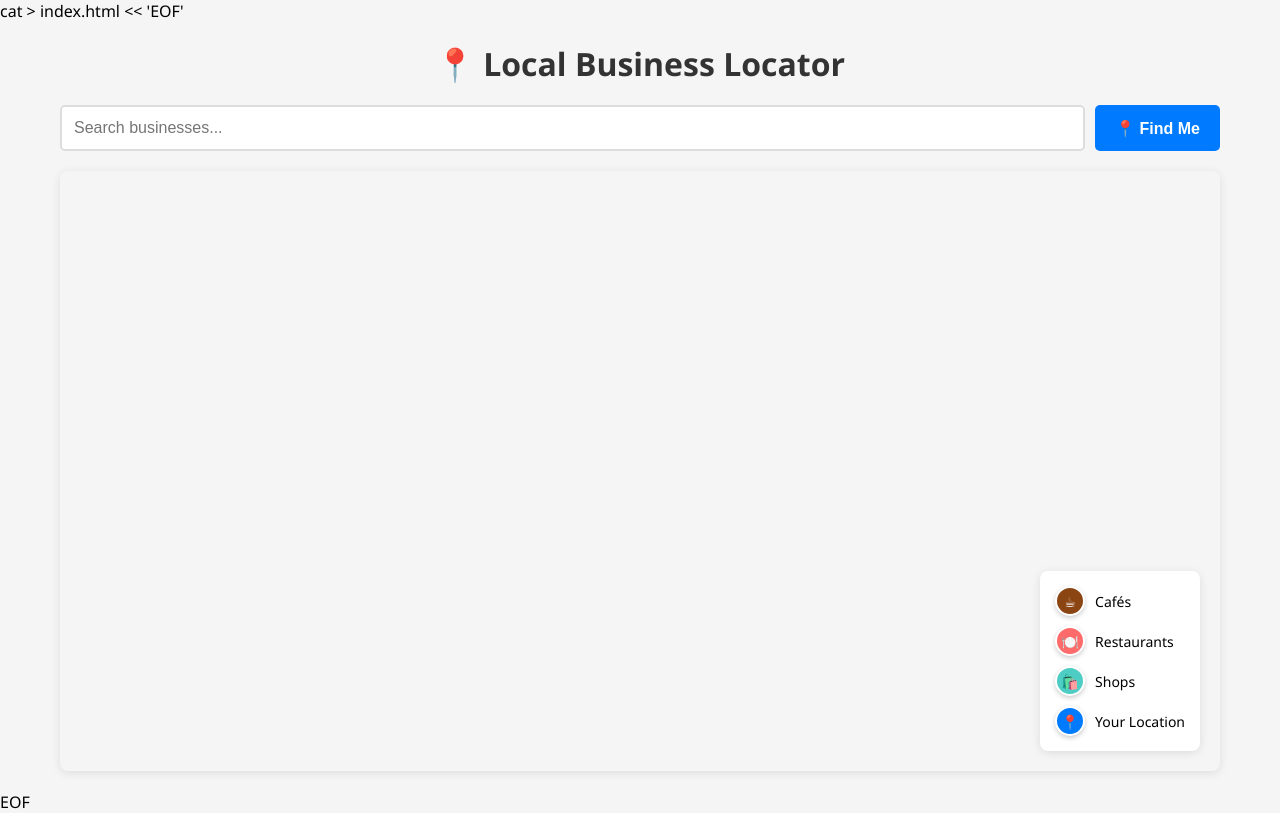
Repository: berkebzt/business-locator-pro
Page: index.html
The author's editor kept a copy of each file at every save. The page is drawn from the files as they stood at one save, then again after the next save.
The browser window is 1280 px wide. The pictures show the whole page.

Above is the page before, as saved 2025-10-19 20:23:54.
Console error: ReferenceError: cat is not defined

### index.html
cat > index.html << 'EOF'
<!DOCTYPE html>
<html lang="en">
<head>
  <meta charset="UTF-8">
  <meta name="viewport" content="width=device-width, initial-scale=1.0">
  <title>Business Locator</title>
  <link rel="stylesheet" href="https://unpkg.com/leaflet@1.9.4/dist/leaflet.css" />
  <link rel="stylesheet" href="style.css">
</head>
<body>
  <div class="container">
    <h1>📍 Local Business Locator</h1>
    <div class="search-bar">
      <input type="text" id="searchBox" placeholder="Search businesses...">
      <button id="locateBtn">📍 Find Me</button>
    </div>
    <div id="map">
      <div class="legend">
        <div class="legend-item">
          <div class="legend-color" style="background-color: #8B4513;">☕</div>
          <span>Cafés</span>
        </div>
        <div class="legend-item">
          <div class="legend-color" style="background-color: #FF6B6B;">🍽️</div>
          <span>Restaurants</span>
        </div>
        <div class="legend-item">
          <div class="legend-color" style="background-color: #4ECDC4;">🛍️</div>
          <span>Shops</span>
        </div>
        <div class="legend-item">
          <div class="legend-color" style="background-color: #007bff;">📍</div>
          <span>Your Location</span>
        </div>
      </div>
    </div>
  </div>

  <script src="https://unpkg.com/leaflet@1.9.4/dist/leaflet.js"></script>
  <script src="app.js"></script>
</body>
</html>
EOF

### style.css
* {
  margin: 0;
  padding: 0;
  box-sizing: border-box;
}

body {
  font-family: 'Segoe UI', Tahoma, Geneva, Verdana, sans-serif;
  background: #f5f5f5;
}

.container {
  max-width: 1200px;
  margin: 0 auto;
  padding: 20px;
}

h1 {
  text-align: center;
  margin-bottom: 20px;
  color: #333;
}

.search-bar {
  display: flex;
  gap: 10px;
  margin-bottom: 20px;
}

#searchBox {
  flex: 1;
  padding: 12px;
  border: 2px solid #ddd;
  border-radius: 5px;
  font-size: 16px;
}

#searchBox:focus {
  outline: none;
  border-color: #007bff;
}

#locateBtn {
  padding: 12px 20px;
  background-color: #007bff;
  color: white;
  border: none;
  border-radius: 5px;
  cursor: pointer;
  font-size: 16px;
  font-weight: bold;
  transition: background-color 0.3s;
}

#locateBtn:hover {
  background-color: #0056b3;
}

#map {
  height: 600px;
  border-radius: 8px;
  box-shadow: 0 2px 10px rgba(0,0,0,0.1);
  position: relative;
}

/* Legend styles */
.legend {
  background: white;
  padding: 15px;
  border-radius: 8px;
  box-shadow: 0 2px 10px rgba(0,0,0,0.1);
  font-size: 14px;
  position: absolute;
  bottom: 20px;
  right: 20px;
  z-index: 1000;
}

.legend-item {
  display: flex;
  align-items: center;
  margin-bottom: 10px;
}

.legend-item:last-child {
  margin-bottom: 0;
}

.legend-color {
  width: 30px;
  height: 30px;
  border-radius: 50%;
  margin-right: 10px;
  display: flex;
  align-items: center;
  justify-content: center;
  color: white;
  font-size: 14px;
  border: 2px solid white;
  box-shadow: 0 2px 5px rgba(0,0,0,0.2);
}

### app.js
cat > app.js << 'EOF'
// Initialize map
const map = L.map('map').setView([51.505, -0.09], 13);

// Add OpenStreetMap tiles
L.tileLayer('https://{s}.tile.openstreetmap.org/{z}/{x}/{y}.png', {
  attribution: '© OpenStreetMap contributors',
  maxZoom: 19
}).addTo(map);

// Sample business data
const businesses = [
  { name: 'Coffee Shop A', lat: 51.5, lng: -0.09, type: 'café' },
  { name: 'Pizza Place B', lat: 51.51, lng: -0.1, type: 'restaurant' },
  { name: 'Bookstore C', lat: 51.49, lng: -0.08, type: 'shop' },
  { name: 'Thai Restaurant', lat: 51.505, lng: -0.08, type: 'restaurant' },
  { name: 'Bakery D', lat: 51.495, lng: -0.095, type: 'café' }
];

// User location
let userLocation = null;

// Create custom icons for different types
const iconConfig = {
  'café': {
    color: '#8B4513',
    emoji: '☕'
  },
  'restaurant': {
    color: '#FF6B6B',
    emoji: '🍽️'
  },
  'shop': {
    color: '#4ECDC4',
    emoji: '🛍️'
  }
};

// Function to create custom icons
function getIcon(type) {
  const config = iconConfig[type] || { color: '#3388ff', emoji: '📍' };

  return L.divIcon({
    html: `<div style="background-color: ${config.color}; width: 40px; height: 40px; border-radius: 50%; display: flex; align-items: center; justify-content: center; color: white; font-size: 20px; border: 3px solid white; box-shadow: 0 2px 5px rgba(0,0,0,0.3);">${config.emoji}</div>`,
    iconSize: [40, 40],
    className: 'custom-icon'
  });
}

// Function to calculate distance (km)
function calculateDistance(lat1, lng1, lat2, lng2) {
  const R = 6371;
  const dLat = (lat2 - lat1) * Math.PI / 180;
  const dLng = (lng2 - lng1) * Math.PI / 180;
  const a = Math.sin(dLat/2) * Math.sin(dLat/2) +
            Math.cos(lat1 * Math.PI / 180) * Math.cos(lat2 * Math.PI / 180) *
            Math.sin(dLng/2) * Math.sin(dLng/2);
  const c = 2 * Math.atan2(Math.sqrt(a), Math.sqrt(1-a));
  return (R * c).toFixed(2);
}

// Create marker layer group
let markerGroup = L.layerGroup().addTo(map);
let userMarker = null;

// Function to display markers with distance
function displayMarkers(data) {
  markerGroup.clearLayers();

  data.forEach(business => {
    let popupText = `<b>${business.name}</b><br><span style="color: #666;">${business.type}</span>`;

    // Add distance if user location is available
    if (userLocation) {
      const distance = calculateDistance(userLocation.lat, userLocation.lng, business.lat, business.lng);
      popupText += `<br><span style="color: #007bff;"><strong>${distance} km away</strong></span>`;
    }

    const marker = L.marker([business.lat, business.lng], {
      icon: getIcon(business.type)
    })
      .bindPopup(popupText);
    markerGroup.addLayer(marker);
  });
}

// Display all businesses on load
displayMarkers(businesses);

// Get user's location
function getUserLocation() {
  if (navigator.geolocation) {
    navigator.geolocation.getCurrentPosition(
      (position) => {
        const lat = position.coords.latitude;
        const lng = position.coords.longitude;

        userLocation = { lat, lng };

        // Center map on user
        map.setView([lat, lng], 15);

        // Add user marker
        if (userMarker) map.removeLayer(userMarker);
        userMarker = L.circleMarker([lat, lng], {
          radius: 8,
          fillColor: '#007bff',
          color: '#fff',
          weight: 2,
          opacity: 1,
          fillOpacity: 0.8
        })
        .bindPopup('📍 Your Location')
        .addTo(map);

        // Refresh markers to show distances
        displayMarkers(businesses);
      },
      (error) => {
        console.log('Geolocation error:', error.message);
        alert('Unable to get your location. Using default location.');
      }
    );
  } else {
    alert('Geolocation is not supported by your browser.');
  }
}

// Get user location on page load
getUserLocation();

// Search functionality
document.getElementById('searchBox').addEventListener('keyup', (e) => {
  const query = e.target.value.toLowerCase();

  if (query === '') {
    displayMarkers(businesses);
  } else {
    const filtered = businesses.filter(b =>
      b.name.toLowerCase().includes(query) ||
      b.type.toLowerCase().includes(query)
    );
    displayMarkers(filtered);
  }
});
EOF

After the next save:
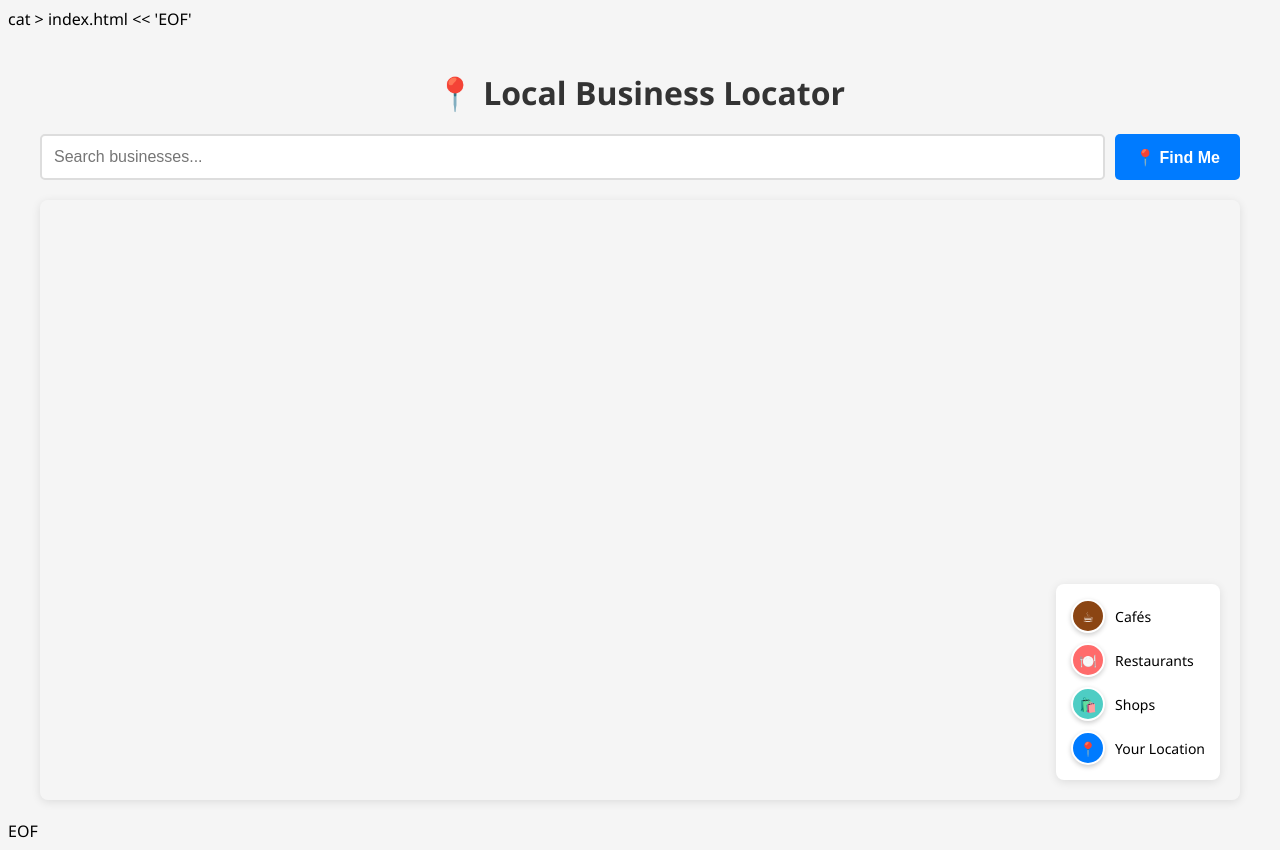
Saved 16 s later.
--- a/style.css
+++ b/style.css
@@ -1,3 +1,4 @@
+cat > style.css << 'EOF'
 * {
   margin: 0;
   padding: 0;
@@ -63,7 +64,6 @@
   position: relative;
 }
 
-/* Legend styles */
 .legend {
   background: white;
   padding: 15px;
@@ -99,3 +99,4 @@
   border: 2px solid white;
   box-shadow: 0 2px 5px rgba(0,0,0,0.2);
 }
+EOF

After the 3 saves that followed:
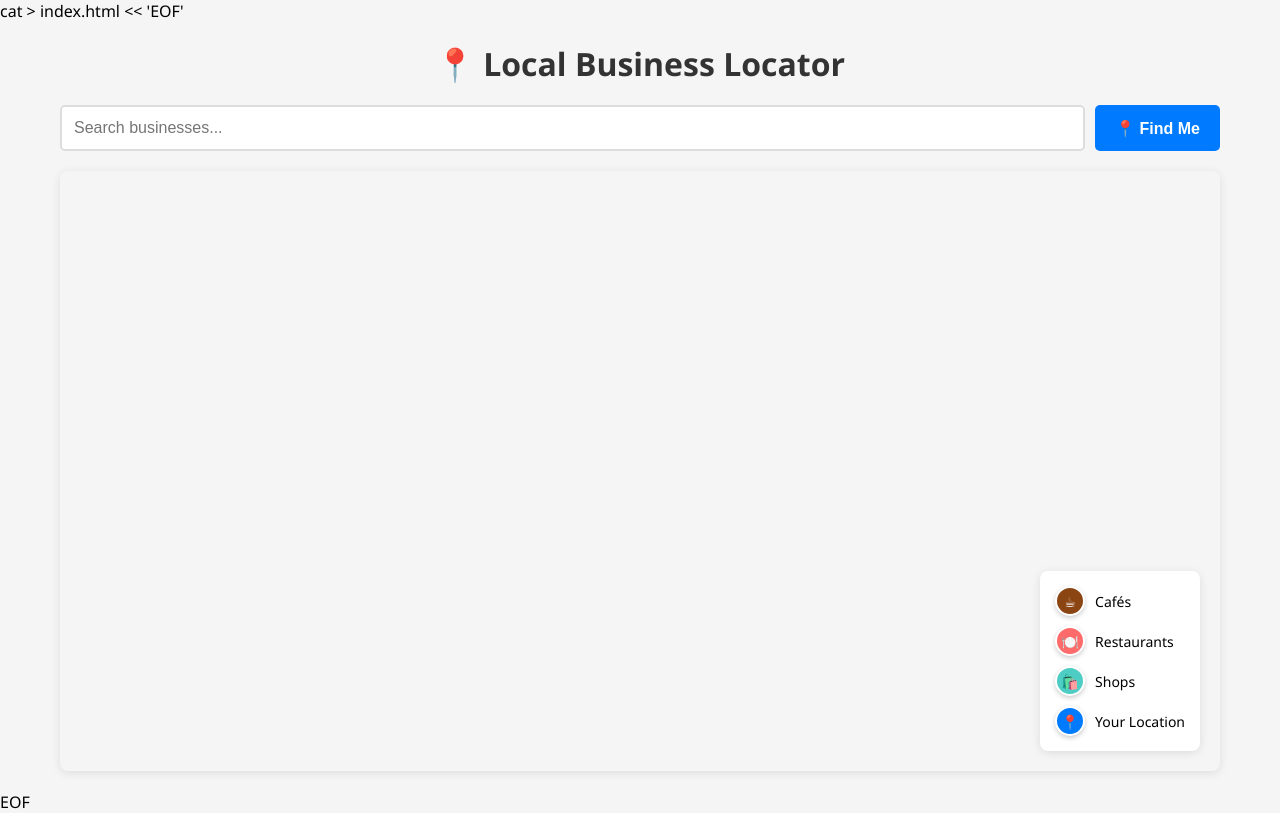
The 3 saves are shown as one change because 1 left the picture as it was and some came seconds apart.
The last was saved 17 s later.
--- a/style.css
+++ b/style.css
@@ -1,4 +1,3 @@
-cat > style.css << 'EOF'
 * {
   margin: 0;
   padding: 0;
@@ -99,4 +98,3 @@
   border: 2px solid white;
   box-shadow: 0 2px 5px rgba(0,0,0,0.2);
 }
-EOF
--- a/app.js
+++ b/app.js
@@ -1,14 +1,11 @@
 cat > app.js << 'EOF'
-// Initialize map
 const map = L.map('map').setView([51.505, -0.09], 13);
 
-// Add OpenStreetMap tiles
 L.tileLayer('https://{s}.tile.openstreetmap.org/{z}/{x}/{y}.png', {
   attribution: '© OpenStreetMap contributors',
   maxZoom: 19
 }).addTo(map);
 
-// Sample business data
 const businesses = [
   { name: 'Coffee Shop A', lat: 51.5, lng: -0.09, type: 'café' },
   { name: 'Pizza Place B', lat: 51.51, lng: -0.1, type: 'restaurant' },
@@ -17,29 +14,16 @@ const businesses = [
   { name: 'Bakery D', lat: 51.495, lng: -0.095, type: 'café' }
 ];
 
-// User location
 let userLocation = null;
 
-// Create custom icons for different types
 const iconConfig = {
-  'café': {
-    color: '#8B4513',
-    emoji: '☕'
-  },
-  'restaurant': {
-    color: '#FF6B6B',
-    emoji: '🍽️'
-  },
-  'shop': {
-    color: '#4ECDC4',
-    emoji: '🛍️'
-  }
+  'café': { color: '#8B4513', emoji: '☕' },
+  'restaurant': { color: '#FF6B6B', emoji: '🍽️' },
+  'shop': { color: '#4ECDC4', emoji: '🛍️' }
 };
 
-// Function to create custom icons
 function getIcon(type) {
   const config = iconConfig[type] || { color: '#3388ff', emoji: '📍' };
-
   return L.divIcon({
     html: `<div style="background-color: ${config.color}; width: 40px; height: 40px; border-radius: 50%; display: flex; align-items: center; justify-content: center; color: white; font-size: 20px; border: 3px solid white; box-shadow: 0 2px 5px rgba(0,0,0,0.3);">${config.emoji}</div>`,
     iconSize: [40, 40],
@@ -47,7 +31,6 @@ function getIcon(type) {
   });
 }
 
-// Function to calculate distance (km)
 function calculateDistance(lat1, lng1, lat2, lng2) {
   const R = 6371;
   const dLat = (lat2 - lat1) * Math.PI / 180;
@@ -59,18 +42,15 @@ function calculateDistance(lat1, lng1, lat2, lng2) {
   return (R * c).toFixed(2);
 }
 
-// Create marker layer group
 let markerGroup = L.layerGroup().addTo(map);
 let userMarker = null;
 
-// Function to display markers with distance
 function displayMarkers(data) {
   markerGroup.clearLayers();
 
   data.forEach(business => {
     let popupText = `<b>${business.name}</b><br><span style="color: #666;">${business.type}</span>`;
 
-    // Add distance if user location is available
     if (userLocation) {
       const distance = calculateDistance(userLocation.lat, userLocation.lng, business.lat, business.lng);
       popupText += `<br><span style="color: #007bff;"><strong>${distance} km away</strong></span>`;
@@ -78,16 +58,13 @@ function displayMarkers(data) {
 
     const marker = L.marker([business.lat, business.lng], {
       icon: getIcon(business.type)
-    })
-      .bindPopup(popupText);
+    }).bindPopup(popupText);
     markerGroup.addLayer(marker);
   });
 }
 
-// Display all businesses on load
 displayMarkers(businesses);
 
-// Get user's location
 function getUserLocation() {
   if (navigator.geolocation) {
     navigator.geolocation.getCurrentPosition(
@@ -96,11 +73,8 @@ function getUserLocation() {
         const lng = position.coords.longitude;
 
         userLocation = { lat, lng };
-
-        // Center map on user
         map.setView([lat, lng], 15);
 
-        // Add user marker
         if (userMarker) map.removeLayer(userMarker);
         userMarker = L.circleMarker([lat, lng], {
           radius: 8,
@@ -109,27 +83,19 @@ function getUserLocation() {
           weight: 2,
           opacity: 1,
           fillOpacity: 0.8
-        })
-        .bindPopup('📍 Your Location')
-        .addTo(map);
+        }).bindPopup('📍 Your Location').addTo(map);
 
-        // Refresh markers to show distances
         displayMarkers(businesses);
       },
       (error) => {
-        console.log('Geolocation error:', error.message);
-        alert('Unable to get your location. Using default location.');
+        console.log('Location error:', error.message);
       }
     );
-  } else {
-    alert('Geolocation is not supported by your browser.');
   }
 }
 
-// Get user location on page load
 getUserLocation();
 
-// Search functionality
 document.getElementById('searchBox').addEventListener('keyup', (e) => {
   const query = e.target.value.toLowerCase();
 
@@ -143,4 +109,6 @@ document.getElementById('searchBox').addEventListener('keyup', (e) => {
     displayMarkers(filtered);
   }
 });
+
+document.getElementById('locateBtn').addEventListener('click', getUserLocation);
 EOF
